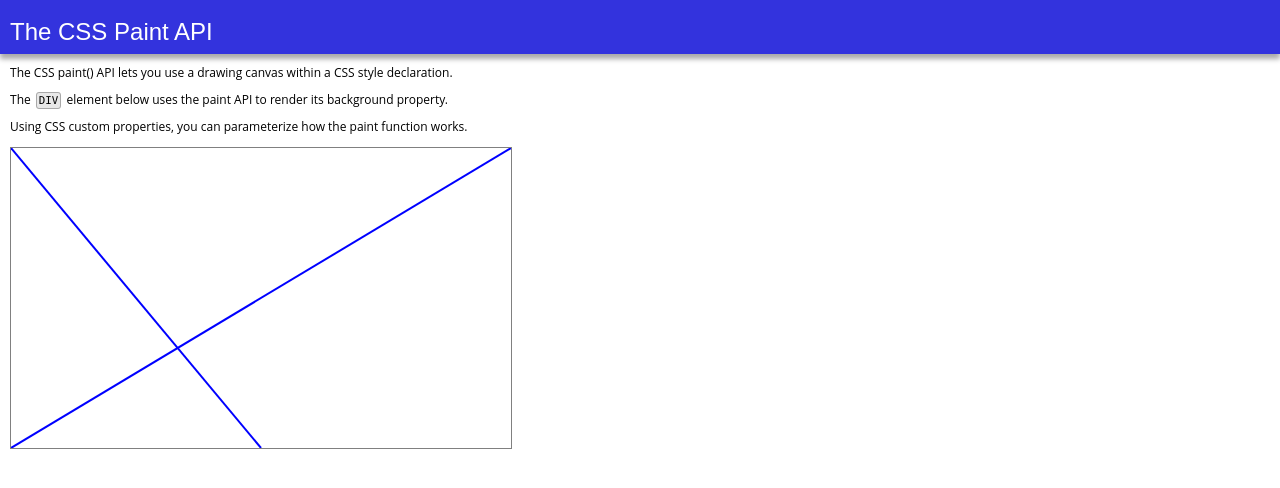
Repository: craig-o-curtis/browser-apis
Page: pages/csspaint.html
An editor plug-in stored every save of this project. The page is shown before and after the next save, followed by the edit.
The browser window is 1280 px wide. The pictures show the whole page.

Above is the page before, as saved 2020-05-17 17:12:20.

### pages/csspaint.html
<!doctype html>
<html>
    <head>
        <title>The CSS paint API</title>
        <style type="text/css">
            #targetElem {
                width: 500px;
                height: 300px;
                border: 1px solid gray;

                /* Use the paint API to paint the background of the box */
                background-image: paint(samplepainter);
                /* Define some custom properties to use in the paint function */
                --cross-thickness: 2;
                --cross-color: blue;
            }
        </style>
        <link rel="stylesheet" href="./style.css" />
    </head>

    <body>
        <h1>The CSS Paint API</h1>
        <div id="content">
            <p>The CSS paint() API lets you use a drawing canvas within a CSS style declaration.</p>
            <p>The <code>DIV</code> element below uses the paint API to render its background property.</p>
            <p>Using CSS custom properties, you can parameterize how the paint function works.</p>
            <div id="targetElem"></div>
        </div>
        <script>
            window.addEventListener("load", function () {
                // use feature detection to see if paintWorklet is supported
                if ('paintWorklet' in CSS) {
                    console.log("paintWorklet supported")

                    // add the paint worklet to our page
                    CSS.paintWorklet.addModule("csspaint.js");
                }
                else {
                    console.log("paintWorklet not supported")
                }
            })
        </script>
    </body>
</html>

### pages/style.css
/*
** Styles used in the jQuery Essential Training course materials
*/
body {
    font-family: "Open Sans", sans-serif;
    font-size: 12px;
    margin: 0;
    line-height: 1.2em;
}

body > h1 {
    background-color: #33d;
    color: white;
    font-family: Arial, Helvetica, sans-serif;
    font-weight: 100;
    margin:0;
    padding-left: 10px;
    padding-right: 10px;
    padding-top:25px;
    padding-bottom: 15px;
    box-shadow: 0px 5px 5px 0px rgba(171,171,171,1);
}

#content {
    margin: 10px;
}

#example {
    border: 1px solid gray;
    background-color: #b3c8d0;
    font-size:14px;
    padding-left: 10px;
    padding-right: 10px;
    min-height: 200px;
}

.box {
    border: 1px solid gray;
    background-color: #b3c8d0;
    font-size:14px;
    padding-left: 10px;
    padding-right: 10px;
    min-height: 200px;
    width: 300px;
}

.box p {
    margin: 0 1px 0 2px
}

.smallbox {
    border: 1px solid gray;
    background-color: #b3c8d0;
    font-size:14px;
    padding-left: 10px;
    padding-right: 10px;
    margin-bottom: 10px;
    margin-right: 0;
    margin-left: 0;
    min-height: 150px;
    width: 200px;
}

.inline {
    display: inline-block;
}

code {
    background-color: #e8e8e8;
    border: 1px solid #a8a8a8;
    border-radius: 3px;
    padding: 1px 2px;
    margin: 2px;
    font-family: "source-code-pro", Consolas, monospace;
    font-size: .9em;
}

li {
    line-height: 1.3em;
}

button {
    font-size: 14px;
    margin: 8px;
}

#eventDetails {
    border: 1px solid #aaa;
    margin-top: 8px;
    padding: 2px;
}

.lineitem {
    width: 120px;
    display: inline-block
}


canvas {
    border: 2px solid gray;
    margin-left: 5px;
    margin-right: 5px;
}

### pages/csspaint.js
if (typeof registerPaint !== "undefined") {
  // define a class to implement the paint worklet
  class SampleCSSPaint {
    // declare the properties that the class has access to
    static get inputProperties() {
      return ["--cross-thickness", "--cross-color"];
    }

    paint(ctx, size, props) {
      // get the custom property values
      let width = props.get("--cross-thickness");
      let color = props.get("--cross-color").toString();

      ctx.lineWidth = width;
      ctx.strokeStyle = color;

      ctx.beginPath();
      ctx.moveTo(0, 0);
      ctx.lineTo(size.width/2, size.height);
    //   ctx.lineTo(size.width, size.height);
      ctx.stroke();

      ctx.beginPath();
      ctx.moveTo(size.width, 0);
      ctx.lineTo(0, size.height);
      ctx.stroke();
    }
  }

  // register the paint worklet for CSS
  registerPaint("samplepainter", SampleCSSPaint);
}

After the next save:
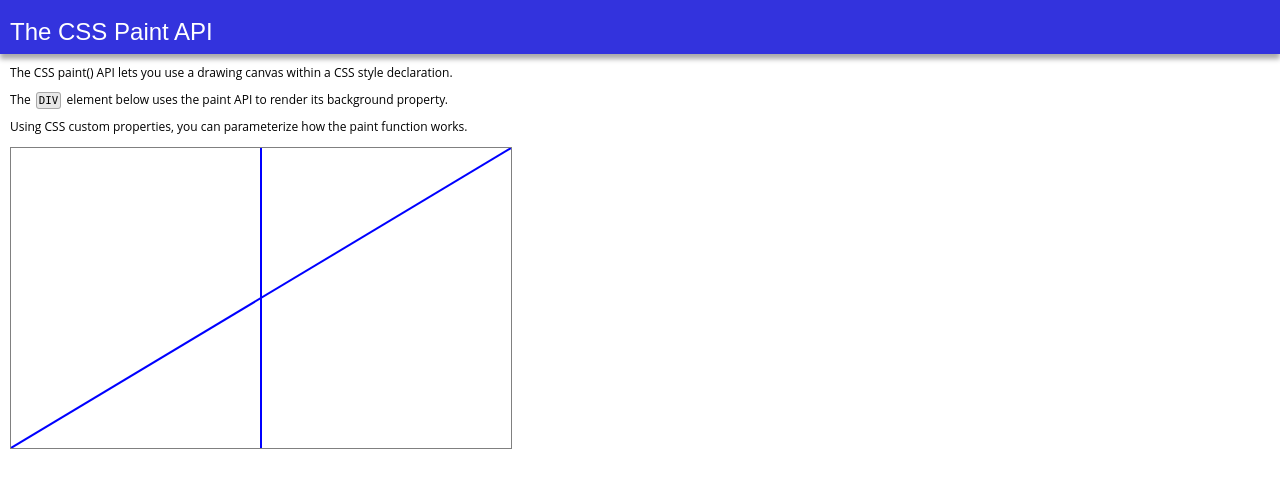
Saved 14 s later.
--- a/pages/csspaint.js
+++ b/pages/csspaint.js
@@ -15,7 +15,7 @@ if (typeof registerPaint !== "undefined") {
       ctx.strokeStyle = color;
 
       ctx.beginPath();
-      ctx.moveTo(0, 0);
+      ctx.moveTo(size.width/2, 0);
       ctx.lineTo(size.width/2, size.height);
     //   ctx.lineTo(size.width, size.height);
       ctx.stroke();
